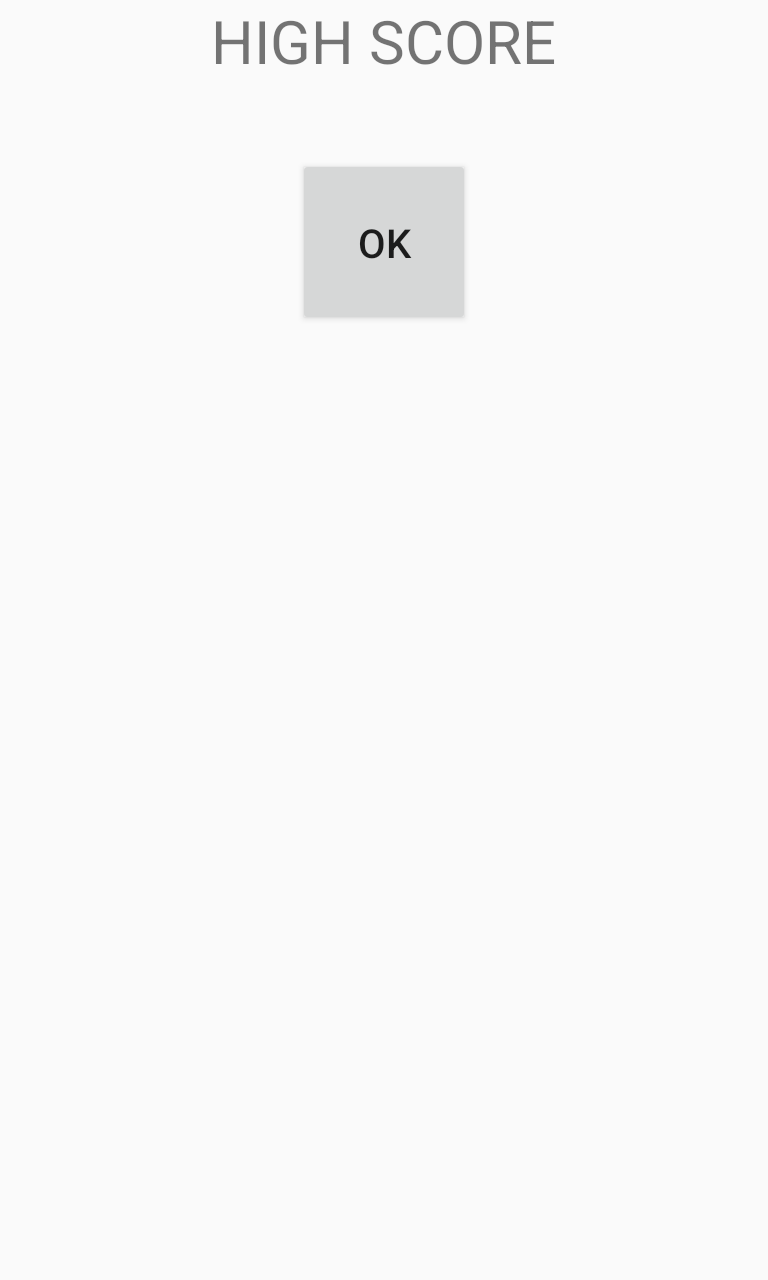
Repository: JoanneCaroll/Mathbomb
Layout: MathBomb/res/layout/activity_highscore.xml
The author's editor kept a copy of each file at every save. The layout is drawn from the files as they stood at one save, then again after the next save.
It is drawn on a 768 x 1280 px phone screen (xhdpi) without system bars, with theme AppTheme; the app's code is not run.

Above is the layout before, as saved 2014-11-12 06:05:06.

### MathBomb/res/layout/activity_highscore.xml
<?xml version="1.0" encoding="utf-8"?>
<LinearLayout
    xmlns:android="http://schemas.android.com/apk/res/android"
    android:layout_width="match_parent"
    android:layout_height="match_parent"
    android:orientation="vertical">

    <TextView
        android:layout_gravity="center"
        android:id="@+id/highscoreshow"
        android:layout_width="wrap_content"
        android:layout_height="wrap_content"
        android:textSize="30dp"
        android:text="HIGH SCORE"/>

    <LinearLayout
        android:layout_width="match_parent"
        android:layout_height="wrap_content"
        android:orientation="horizontal"
        android:gravity="center">
        <TextView
            android:id="@+id/score"
            android:layout_width="wrap_content"
            android:layout_height="wrap_content"
            android:textSize="20dp"
            android:padding="5dp"/>
        <TextView
            android:id="@+id/date"
            android:layout_width="wrap_content"
            android:layout_height="wrap_content"
            android:textSize="20dp"
            android:padding="5dp"/>
   </LinearLayout>

   <Button
        android:layout_gravity="center"
       	android:id="@+id/ok_highscore"
        android:layout_width="wrap_content"
        android:layout_height="wrap_content"
        android:padding="30dp"
        android:textSize="20dp"
        android:text="OK"/>

</LinearLayout>

Loaded but not shown: MathBomb/res/values/styles.xml (common file); MathBomb/res/values-v11/styles.xml (common file); MathBomb/res/values-v14/styles.xml (common file)

After the next save:
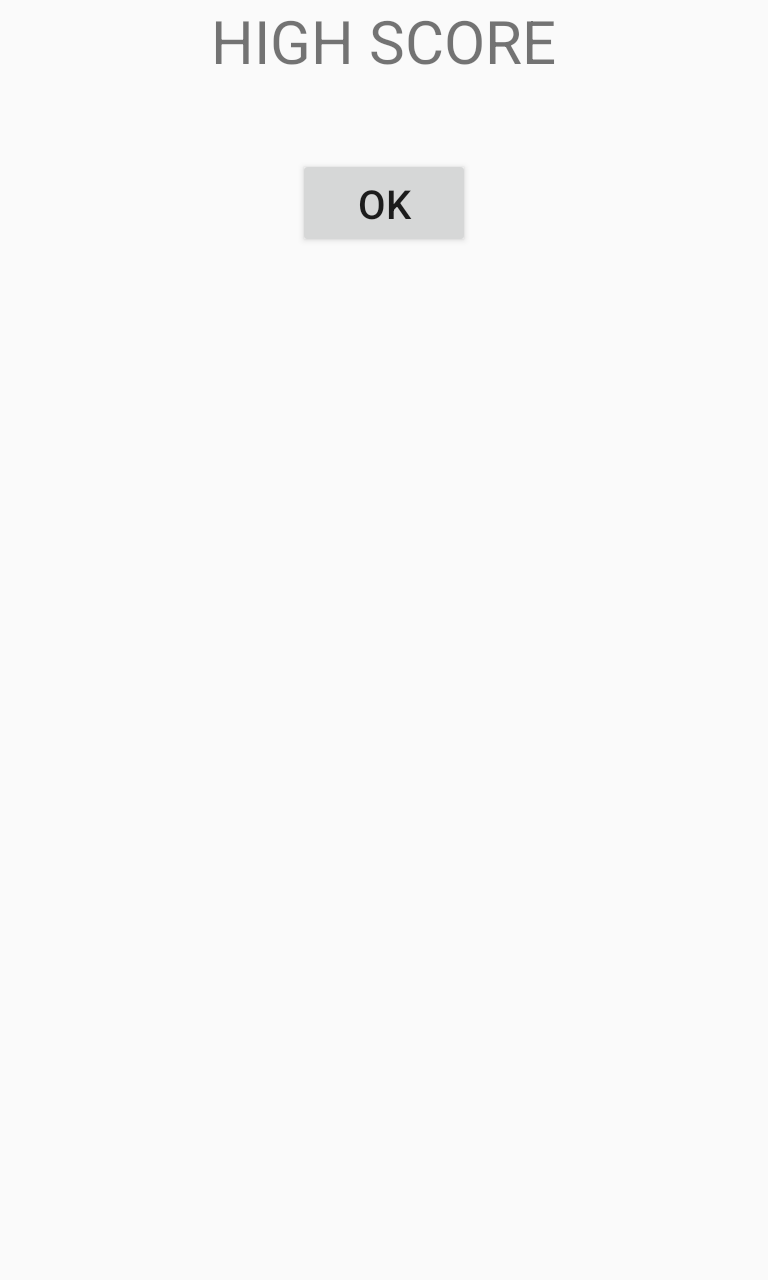
Saved 31 s later.
--- a/MathBomb/res/layout/activity_highscore.xml
+++ b/MathBomb/res/layout/activity_highscore.xml
@@ -37,7 +37,7 @@
        	android:id="@+id/ok_highscore"
         android:layout_width="wrap_content"
         android:layout_height="wrap_content"
-        android:padding="30dp"
+        android:padding="10dp"
         android:textSize="20dp"
         android:text="OK"/>
 
